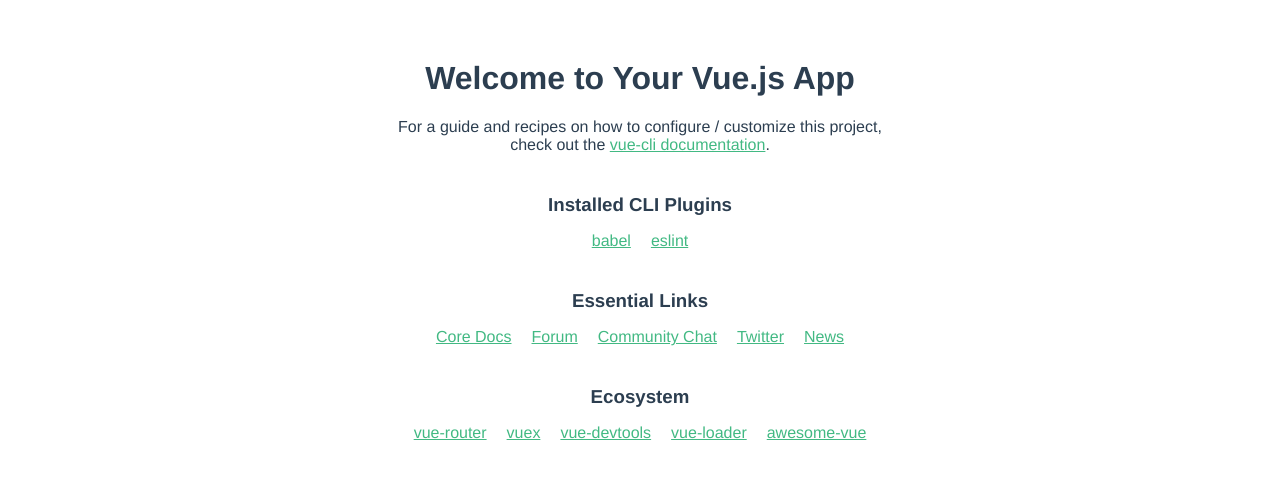
Repository: nosplashurinal/akd-blog
Page: /
The author's editor kept a copy of each file at every save. The page is drawn from the files as they stood at one save, then again after the next save.
The browser window is 1280 px wide. The pictures show the whole page.
The project was rebuilt for these pictures with package versions that can differ from the ones it lists, and the page was loaded fresh each time.

Above is the page before, as saved 2019-01-21 18:21:25.

### public/index.html
<!DOCTYPE html>
<html lang="en">
  <head>
    <meta charset="utf-8">
    <meta http-equiv="X-UA-Compatible" content="IE=edge">
    <meta name="viewport" content="width=device-width,initial-scale=1.0">
    <link rel="icon" href="<%= BASE_URL %>favicon.ico">
    <title>akd-blog</title>
  </head>
  <body>
    <noscript>
      <strong>We're sorry but akd-blog doesn't work properly without JavaScript enabled. Please enable it to continue.</strong>
    </noscript>
    <div id="app"></div>
    <!-- built files will be auto injected -->
  </body>
</html>

### src/App.vue
<template>
  <div id="app">
    <HelloWorld msg="Welcome to Your Vue.js App"/>
  </div>
</template>

<script>
import HelloWorld from './components/HelloWorld.vue'

export default {
  name: 'app',
  components: {
    HelloWorld
  }
}
</script>

<style lang="scss" src="@/styles/app.scss">
</style>

### src/styles/app.scss
#app {
  font-family: 'Avenir', Helvetica, Arial, sans-serif;
  -webkit-font-smoothing: antialiased;
  -moz-osx-font-smoothing: grayscale;
  text-align: center;
  color: #2c3e50;
  margin-top: 60px;
}

Loaded but not shown: src/main.js (common file); src/components/HelloWorld.vue (common file)

After the next save:
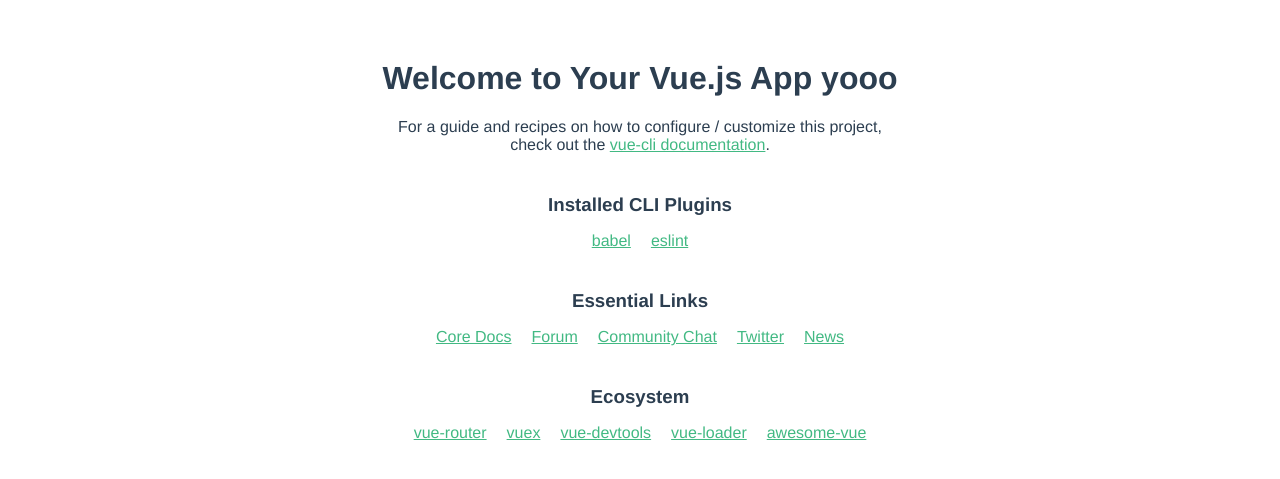
Saved 21 s later.
--- a/src/App.vue
+++ b/src/App.vue
@@ -1,6 +1,6 @@
 <template>
   <div id="app">
-    <HelloWorld msg="Welcome to Your Vue.js App"/>
+    <HelloWorld msg="Welcome to Your Vue.js App yooo"/>
   </div>
 </template>
 
